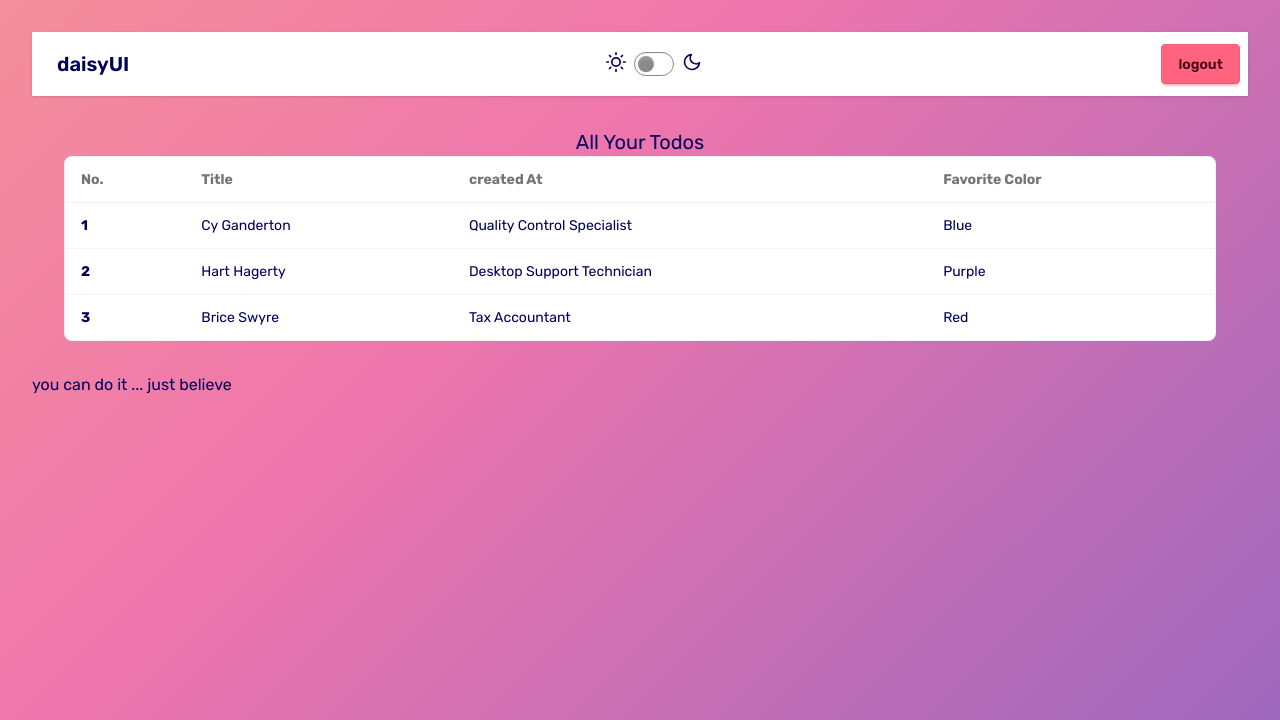
Repository: mariamnabil23/ToDo_App
Page: /
The author's editor kept a copy of each file at every save. The page is drawn from the files as they stood at one save, then again after the next save.
The browser window is 1280 px wide. The pictures show the whole page.
Some web fonts or font styles are not loaded; a fallback is used. The project was rebuilt for these pictures with package versions that can differ from the ones it lists, and the page was loaded fresh each time. Requests to the local data server were answered from the project's data file. Also part of the build but not shown: vite.config.js, src/pages/Profile.jsx, src/pages/NotFound.jsx.

Above is the page before, as saved 2025-05-01 23:28:55.

### index.html
<!doctype html>
<html lang="en">
  <head>
    <meta charset="UTF-8" />
    <link rel="icon" type="image/svg+xml" href="/vite.svg" />
    <meta name="viewport" content="width=device-width, initial-scale=1.0" />

    <link rel="preconnect" href="https://fonts.googleapis.com">
<link rel="preconnect" href="https://fonts.gstatic.com" crossorigin>
<link href="https://fonts.googleapis.com/css2?family=Cairo:wght@200..1000&family=Indie+Flower&family=Poetsen+One&family=Rubik:ital,wght@0,300..900;1,300..900&family=Tagesschrift&family=Tajawal:wght@200;300;400;500;700;800;900&display=swap" rel="stylesheet">

    <title>ToDo App</title>
  </head>
  <body>
    <div id="root"></div>
    <script type="module" src="/src/main.jsx"></script>
  </body>
</html>

### src/main.jsx
import { StrictMode } from 'react'
import { createRoot } from 'react-dom/client'
import "./index.css"
import App from './App.jsx'
import { AuthContextProvider } from './context/AuthContext.jsx'
import { TodoContextProvider } from './context/TodoContext.jsx'
import { ThemeContextProvider } from './context/ThemeContext.jsx'

createRoot(document.getElementById('root')).render(
  <StrictMode>
    <AuthContextProvider>
      <TodoContextProvider>
        <ThemeContextProvider>
          <App />
        </ThemeContextProvider>
      </TodoContextProvider>
    </AuthContextProvider>
  </StrictMode>,
)

### src/index.css
@import "tailwindcss";
@plugin "daisyui";

body{
    min-height: 100vh;
    font-family: "Rubik", sans-serif;
    font-optical-sizing: auto;
    font-style: normal;
}


.app{
    min-height: 100vh;

    display: flex;
  flex-direction: column;
}

.lightMood {
  background: linear-gradient(-45deg, #4158D0, #ef76ac, #FFCC70, #00DBDE);
  background-size: 400% 400%;
  animation: gradientMove 10s ease infinite;
}

@keyframes gradientMove {
  0% {
    background-position: 0% 50%;
  }
  50% {
    background-position: 100% 50%;
  }
  100% {
    background-position: 0% 50%;
  }
}

.darkMood{
    background-color: rgb(1, 1, 62);
    color: bisque;

}

table, .navbar, .modal{
    color:  rgb(0, 0, 91);
}

### src/App.jsx
import { useContext } from "react"
import { ThemeContext } from "./context/ThemeContext"
import "./App.css"
import { BrowserRouter, Routes, Route } from 'react-router-dom';

import Layout from "./layout/Layout";
import Home from "./pages/Home"
import Profile from "./pages/Profile"
import NotFound from "./pages/NotFound"


function App() {

  const {dark} = useContext(ThemeContext);

  return (
    <>
      <div className={dark ? "app  darkMood" : "app  lightMood"}  >

      <BrowserRouter>
        <Routes>
          <Route path="/"  element={ <Layout/> } >

          <Route index={true}  element={ <Home/> } />
          <Route path="profile"  element={ <Profile/> } />
          <Route path="*" element={<NotFound />} />

          </Route>

        </Routes>
      </BrowserRouter>

      </div>
    </>
  )
}

export default App

### src/context/AuthContext.jsx
import axios from "axios";
import { createContext, useEffect, useState } from "react";
import emailjs from 'emailjs-com';
import toast from "react-hot-toast";


// 1- create context
export const AuthContext = createContext();

// 2- create provider function that contain all data we will send (value)
export const AuthContextProvider = ({ children }) => {
    const [allUsers, setAllUsers] = useState([]);
    const [currentUser, setCurrentUser] = useState(() => {
        const savedUser = sessionStorage.getItem("currentUser");
        return savedUser ? JSON.parse(savedUser) : null;
    });

    const urlAPI = "http://localhost:3000/users";
    // fetch all users from API
    const fetchUsers = () => {
        axios
            .get(urlAPI)
            .then((res) => setAllUsers(res.data))
            .catch((err) => console.log("Error fetching users ❌", err));
    };

    useEffect(() => {
        fetchUsers();

    }, []);

    // login
    const handleLogin = (userInfo) => {
        setCurrentUser(userInfo);
    };


    // register
    const handleRegister = (newUser) => {
        axios.post(urlAPI, newUser)
        .then((data)=>console.log(data.data))
        .catch((error)=(confirm.log("Failed to add new users in the app ❌")))
    };

    // logout
    const handleLogout = () => {
        setCurrentUser(null);
        sessionStorage.removeItem("currentUser");
    };




        const sendCompletedTodos = (userEmail, username, completedTodos) => {
      const completedList = completedTodos.map(todo => `• ${todo.title}`).join('\n');

      const templateParams = {
        to_email: userEmail,
        username: username,
        completedTodos: completedList
      };

      emailjs.send('service_qwtjd51', 'template_w157uec', templateParams, '08YRxWyjDgOt_r7sV')
        .then((res) => {
          toast.success('Email sent successfully! 📧');
          console.log(templateParams)
        })
        .catch((err) => {
          toast.error('Failed to send email ❌');
          console.error(err);
        });
    };






    // 3- wrapper everything to the context provider
    return (
        <AuthContext.Provider value={ { allUsers, currentUser, handleLogin, handleRegister, handleLogout, sendCompletedTodos } }>

            {children}

        </AuthContext.Provider>
    );
};

### src/context/TodoContext.jsx
import axios from "axios";
import { createContext, useEffect, useState } from "react";

export const TodoContext =  createContext();



export const TodoContextProvider =( {children} )=>{

    const [todos, setTodos] = useState([]);

    // fetch todos data
    useEffect(()=>{
        axios.get("http://localhost:3000/todos")
        .then((res)=>{
            console.log(res.data);
            setTodos(res.data);
        })
        .catch((error)=>(console.log("Error from Fetching Todos! ❌", error)))
    },[])


    // add todo
    const addTodo =(newTodo)=>{

    }

    // delete todo
    const deleteTodo =(id)=>{
        setTodos(  todos.filter( (todo) => (todo.id !== id) )  )
    }

    // edit todo state
    const editTodoState =()=>{

    }

    // clear all todos
    const clearAllTodos =()=>{
        setTodos( null )
    }


    return <TodoContext.Provider  value={{todos}} >
        {children}
    </TodoContext.Provider>
}

### src/context/ThemeContext.jsx
import { createContext, useState } from "react";

export const ThemeContext =  createContext();

export const ThemeContextProvider =( {children} )=>{

    const [dark, setDark] = useState(() => {
        const saved = sessionStorage.getItem("darkTheme");
        return saved === "true";         // output ===> false
    });

    const switchTheme = () => {
    setDark((prev) => {
        const newValue = !prev;         // newValue = true ===> dark
        sessionStorage.setItem("darkTheme", newValue);
        return newValue;
    });
    };

    return <ThemeContext.Provider  value={{dark, switchTheme}} >
        {children}
    </ThemeContext.Provider>
}

### src/App.css
.app {
    min-height: 100vh;
    padding: 2rem;
    transition: all 0.3s ease;
}

.lightMood{
    background-color: bisque;
    color: rgb(0, 0, 91);
}
.darkMood{
    background-color: rgb(0, 0, 91);
    color: bisque;
}

### src/layout/Layout.jsx
import React from 'react'
import Navbar from "../components/Navbar"
import Footer from "../components/Footer"

import { Outlet } from 'react-router-dom';


const Layout = () => {
    return (
        <div>
            <Navbar/>

            <main style={{ padding: '2rem' }}>
                <Outlet />
            </main>

            <Footer/>
        </div>
    )
}

export default Layout

### src/pages/Home.jsx
import React from 'react'

const Home = () => {
  return (
    <>
    <h1 className='text-center text-xl' >All Your Todos</h1>
    <div className="overflow-x-auto rounded-box border border-base-content/5 bg-base-100">
  <table className="table">
    {/* head */}
    <thead>
      <tr>
        <th>No.</th>
        <th>Title</th>
        <th>created At</th>
        <th>Favorite Color</th>
      </tr>
    </thead>
    <tbody>
      {/* row 1 */}
      <tr>
        <th>1</th>
        <td>Cy Ganderton</td>
        <td>Quality Control Specialist</td>
        <td>Blue</td>
      </tr>
      {/* row 2 */}
      <tr>
        <th>2</th>
        <td>Hart Hagerty</td>
        <td>Desktop Support Technician</td>
        <td>Purple</td>
      </tr>
      {/* row 3 */}
      <tr>
        <th>3</th>
        <td>Brice Swyre</td>
        <td>Tax Accountant</td>
        <td>Red</td>
      </tr>
    </tbody>
  </table>
</div>
    </>
  )
}

export default Home

### src/components/Navbar.jsx
import React from 'react'
import Theme from './Theme'

const Navbar = () => {
  return (
    <>
      <div className="navbar bg-base-100 shadow-sm flex justify-between items-center">
        <a className="btn btn-ghost text-xl">daisyUI</a>

<Theme/>

        <button className='btn btn-error'>logout</button>
      </div>
    </>
  )
}

export default Navbar

### src/components/Footer.jsx
import React from 'react'

const Footer = () => {
    return (
        <div>
            <h1>you can do it ... just believe</h1>
        </div>
    )
}

export default Footer

### src/components/Theme.jsx
import React, { useContext } from 'react'
import { ThemeContext } from '../context/ThemeContext'


const Theme = () => {

    const {dark, switchTheme} = useContext(ThemeContext);


    return (
        <>
        <label className="flex cursor-pointer gap-2">
        <svg
            xmlns="http://www.w3.org/2000/svg"
            width="20"
            height="20"
            viewBox="0 0 24 24"
            fill="none"
            stroke="currentColor"
            strokeWidth="2"
            strokeLinecap="round"
            strokeLinejoin="round">
            <circle cx="12" cy="12" r="5" />
            <path
            d="M12 1v2M12 21v2M4.2 4.2l1.4 1.4M18.4 18.4l1.4 1.4M1 12h2M21 12h2M4.2 19.8l1.4-1.4M18.4 5.6l1.4-1.4" />
        </svg>
        <input type="checkbox" value="synthwave" className="toggle theme-controller"  checked={dark}  onChange={switchTheme} />
        <svg
            xmlns="http://www.w3.org/2000/svg"
            width="20"
            height="20"
            viewBox="0 0 24 24"
            fill="none"
            stroke="currentColor"
            strokeWidth="2"
            strokeLinecap="round"
            strokeLinejoin="round">
            <path d="M21 12.79A9 9 0 1 1 11.21 3 7 7 0 0 0 21 12.79z"></path>
        </svg>
    </label>
        </>
    )
}

export default Theme

### db.json
{
"todos": [
    {
        "id": 1,
        "title": "task 1",
        "done": false,
        "userId": 1,
        "createdAt": "2025-04-30T10:15:00Z"
    },
    {
        "id": 2,
        "title": "task2",
        "done": true,
        "userId": 1,
        "createdAt": "2025-04-30T10:15:00Z"
    },
    {
        "id": 3,
        "title": "task3",
        "done": true,
        "userId": 2,
        "createdAt": "2025-04-30T10:15:00Z"
    },
    {
        "id": 4,
        "title": "task4",
        "done": false,
        "userId": 2,
        "createdAt": "2025-04-30T10:15:00Z"
    }
],


"users": [
    {
        "id": 1,
        "username": "mona",
        "password": "1234",
        "image": "data:[embedded picture, 5635 characters]"
    },
    {
        "id": 2,
        "username": "ahmed",
        "password": "abcd",
        "image": "data:[embedded picture, 5751 characters]"
    }
]

}

After the next save:
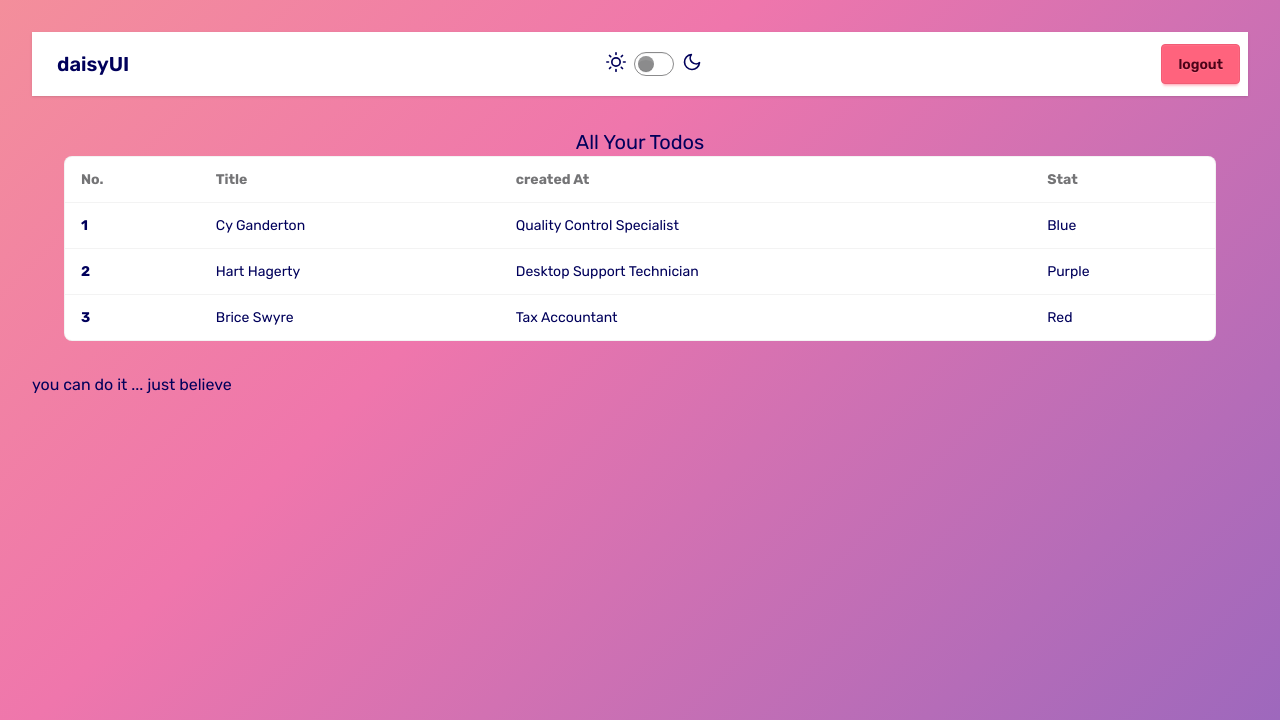
Saved 37 s later.
--- a/src/pages/Home.jsx
+++ b/src/pages/Home.jsx
@@ -12,7 +12,7 @@ const Home = () => {
         <th>No.</th>
         <th>Title</th>
         <th>created At</th>
-        <th>Favorite Color</th>
+        <th>Stat</th>
       </tr>
     </thead>
     <tbody>
